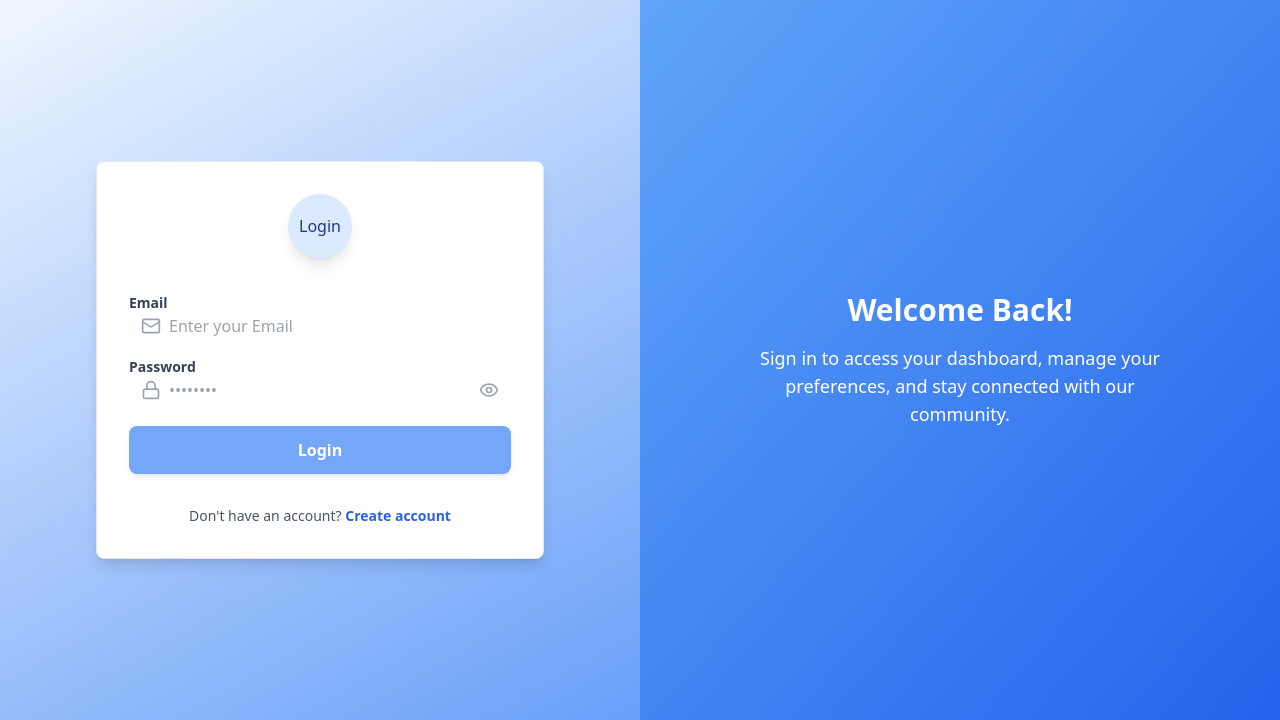
Repository: Subhashree-Nayak507/Test
Page: /login (app in client/)
The author's editor kept a copy of each file at every save. The page is drawn from the files as they stood at one save, then again after the next save.
The browser window is 1280 px wide. The pictures show the whole page.
The project was rebuilt for these pictures with package versions that can differ from the ones it lists, and the page was loaded fresh each time. Also part of the build but not shown: client/vite.config.js, client/src/pages/FormPage.jsx, client/src/pages/SignupPage.jsx.

Above is the page before, as saved 2025-01-06 13:06:45.

### client/src/main.jsx
import React from 'react'
import ReactDOM from 'react-dom/client'
import App from './App.jsx'
import './index.css'
import { Provider } from 'react-redux';
import { BrowserRouter } from 'react-router-dom'
import store from './store/store.js';

ReactDOM.createRoot(document.getElementById('root')).render(
    <Provider store={store}>
       <BrowserRouter>
          <App />
        </BrowserRouter>
    </Provider>

)

### client/src/App.jsx
import { Route, Routes } from 'react-router-dom';
import FormPage from './pages/FormPage';
import SignUpPage from './pages/SignupPage';
import LoginPage from './pages/LoginPage';

const App = () =>{
    return (
        < >
         <Routes >
           <Route path="/" element={<SignUpPage />} />
           <Route path="/login" element={<LoginPage />} />
            <Route path="/formPage" element={<FormPage />} />
         </Routes>
        </>

      )
}
export default App;

### client/src/store/store.js
import { configureStore } from '@reduxjs/toolkit';
import formReducer from './FormSlice/FormSlice';
import authReducer from './AuthSlice/AuthSlice';

const store = configureStore({
  reducer: {
    form: formReducer,
    auth :authReducer,
  },
});

export default store;

### client/src/pages/LoginPage.jsx
import { useState } from "react";
import { Link, useNavigate } from "react-router-dom";
import { Eye, EyeOff, Lock, Mail, MessageSquare } from "lucide-react";
import { useDispatch, useSelector } from "react-redux";
import { loginUser } from "../store/AuthSlice/AuthSlice.js";

const LoginPage = () => {
  const dispatch = useDispatch();
  const navigate = useNavigate();
  const { isLoading, error } = useSelector((state) => state.auth);
  const [showPassword, setShowPassword] = useState(false);
  const [formData, setFormData] = useState({
    Email: "",
    Password: "",
  });

  const handleInputChange = (e) => {
    setFormData({
      ...formData,
      [e.target.name]: e.target.value,
    });
  };

  const handleSubmit = async (e) => {
    e.preventDefault();
    try {
      const response = await dispatch(loginUser(formData)).unwrap();
      if (response.success) {
        alert("Login successfully");
        navigate("/dashboard");
      }
    } catch (err) {
      console.log('Authentication failed:', err);
    }
  };

  return (
    <div className="h-screen grid lg:grid-cols-2 bg-gradient-to-br from-blue-50 to-blue-500">
      {/* Left Side - Form */}
      <div className="flex flex-col justify-center items-center p-6 sm:p-12">
        <div className="w-full max-w-md space-y-8 bg-white p-8 shadow-lg rounded-lg border border-gray-200">
          {/* Logo */}
          <div className="text-center mb-8">
            <div className="flex flex-col items-center gap-2">
              <div className="w-16 h-16 rounded-full bg-blue-100 flex items-center justify-center shadow-lg">
                <h1 className="text-center text-blue-900"> Login</h1>
              </div>
            </div>
          </div>

          {/* Error message */}
          {error && (
            <div className="bg-red-100 border border-red-400 text-red-700 px-4 py-3 rounded relative mb-4">
              {error}
            </div>
          )}

          {/* Form */}
          <form onSubmit={handleSubmit}>
            {/* Email Input */}
            <div className="form-control mb-4">
              <label className="label text-sm font-semibold text-gray-700">Email</label>
              <div className="relative">
                <div className="absolute inset-y-0 left-0 pl-3 flex items-center pointer-events-none">
                  <Mail className="h-5 w-5 text-gray-400" />
                </div>
                <input
                  type="email"
                  name="Email"
                  className="input input-bordered w-full pl-10 focus:ring-2 focus:ring-blue-500 focus:outline-none"
                  placeholder="Enter your Email"
                  value={formData.Email}
                  onChange={handleInputChange}
                />
              </div>
            </div>

            {/* Password Input */}
            <div className="form-control mb-6">
              <label className="label text-sm font-semibold text-gray-700">Password</label>
              <div className="relative">
                <div className="absolute inset-y-0 left-0 pl-3 flex items-center pointer-events-none">
                  <Lock className="h-5 w-5 text-gray-400" />
                </div>
                <input
                  type={showPassword ? "text" : "password"}
                  name="Password"
                  className="input input-bordered w-full pl-10 focus:ring-2 focus:ring-blue-500 focus:outline-none"
                  placeholder="••••••••"
                  value={formData.Password}
                  onChange={handleInputChange}
                />
                <button
                  type="button"
                  className="absolute inset-y-0 right-0 pr-3 flex items-center"
                  onClick={() => setShowPassword(!showPassword)}
                >
                  {showPassword ? (
                    <EyeOff className="h-5 w-5 text-gray-400" />
                  ) : (
                    <Eye className="h-5 w-5 text-gray-400" />
                  )}
                </button>
              </div>
            </div>

            {/* Submit Button */}
            <button
              type="submit"
              disabled={isLoading}
              className="btn btn-primary w-full flex justify-center items-center py-3 rounded-lg font-semibold shadow-md text-white bg-blue-500 hover:bg-blue-600 focus:outline-none active:scale-95 disabled:opacity-70"
            >
              Login
            </button>
          </form>

          {/* Sign up link */}
          <div className="text-center mt-4">
            <p className="text-sm text-gray-600">
              Don't have an account?{" "}
              <Link to="/register" className="text-blue-600 font-semibold">
                Create account
              </Link>
            </p>
          </div>
        </div>
      </div>

      {/* Right Side - Decorative */}
      <div className="hidden lg:flex items-center justify-center bg-gradient-to-br from-blue-400 to-blue-600 text-white px-8 py-12">
        <div className="text-center max-w-md">
          <h2 className="text-3xl font-bold mb-4">Welcome Back!</h2>
          <p className="text-lg">
            Sign in to access your dashboard, manage your preferences, and stay connected with our community.
          </p>
        </div>
      </div>
    </div>
  );
};

export default LoginPage;

### client/src/store/FormSlice/FormSlice.js
import { createSlice, createAsyncThunk } from '@reduxjs/toolkit';
import axios from 'axios';

// Constants
const API_URL = 'http://localhost:5000/form';

// Initial state
const initialState = {
  formData: {
    name: '',
    email: '',
    file: null,
  },
  status: 'idle',
  error: null,
};

// Async thunk for form submission
export const submitForm = createAsyncThunk(
  'form/submitForm',
  async (formData, { rejectWithValue }) => {
    try {
      const data = new FormData();

      data.append('Name', formData.name);
      data.append('email', formData.email);
      data.append('File', formData.file);

      const response = await axios.post(API_URL, data, {
        headers: { 'Content-Type': 'multipart/form-data' },
      });
      return response.data;
    } catch (error) {
      return rejectWithValue(
        error.response?.data || 'Failed to submit form'
      );
    }
  }
);

const formSlice = createSlice({
  name: 'form',
  initialState,
  reducers: {
    updateForm: (state, action) => {
      state.formData = { ...state.formData, ...action.payload };
    },
    resetForm: (state) => {
      state.formData = initialState.formData;
      state.status = 'idle';
      state.error = null;
    },
  },
  extraReducers: (builder) => {
    builder
      .addCase(submitForm.pending, (state) => {
        state.status = 'loading';
        state.error = null;
      })
      .addCase(submitForm.fulfilled, (state) => {
        state.status = 'succeeded';
        state.formData = initialState.formData;
      })
      .addCase(submitForm.rejected, (state, action) => {
        state.status = 'failed';
        state.error = action.payload;
      });
  },
});

export const { updateForm, resetForm } = formSlice.actions;
export default formSlice.reducer;

### client/src/store/AuthSlice/AuthSlice.js
import { createSlice, createAsyncThunk } from "@reduxjs/toolkit";
import axios from "axios";

const initialState = {
  isAuthenticated: false,
  isLoading: true,
  user: null,
  error: null,
};

export const registerUser = createAsyncThunk(
  "/auth/register",
  async (formData, { rejectWithValue }) => {
    try {
      const response = await axios.post(
       " http://localhost:5000/api/auth/signup",
        formData,
        {
          withCredentials: true,
        }
      );
      return response.data;
    } catch (error) {
      return rejectWithValue(error.response.data);
    }
  }
);

export const loginUser = createAsyncThunk(
  "/auth/login",
  async (formData, { rejectWithValue }) => {
    try {
      const response = await axios.post(
        "http://localhost:5000/api/auth/login",
        formData,
        {
          withCredentials: true,
        }
      );
      return response.data;
    } catch (error) {
      return rejectWithValue(error.response.data);
    }
  }
);

export const logoutUser = createAsyncThunk(
  "/auth/logout",
  async () => {
    const response = await axios.post(
      "http://localhost:5000/api/auth/logout",
      {},
      {
        withCredentials: true,
      }
    );
    return response.data;
  }
);

export const checkAuth = createAsyncThunk(
  "/auth/checkauth",
  async (_, { rejectWithValue }) => {
    try {
      const response = await axios.get(
        "http://localhost:5000/api/auth/check-auth",
        {
          withCredentials: true,
          headers: {
            "Cache-Control":
              "no-store, no-cache, must-revalidate, proxy-revalidate",
          },
        }
      );
      return response.data;
    } catch (error) {
      return rejectWithValue(error.response.data);
    }
  }
);

const authSlice = createSlice({
  name: "auth",
  initialState,
  reducers: {
    setUser: (state, action) => {
      state.user = action.payload;
      state.isAuthenticated = true;
    },
  },
  extraReducers: (builder) => {
    builder
      .addCase(registerUser.pending, (state) => {
        state.isLoading = true;
        state.error = null;
      })
      .addCase(registerUser.fulfilled, (state) => {
        state.isLoading = false;
        state.user = null;
        state.isAuthenticated = false;
      })
      .addCase(registerUser.rejected, (state, action) => {
        state.isLoading = false;
        state.error = action.payload  || 'Registration fails';
        state.isAuthenticated = false;
      })

      // Login user
      .addCase(loginUser.pending, (state) => {
        state.isLoading = true;
        state.error = null;
      })
      .addCase(loginUser.fulfilled, (state, action) => {
        state.isLoading = false;
        state.user = action.payload.success ? action.payload.user : null;
        state.isAuthenticated = action.payload.success;
      })
      .addCase(loginUser.rejected, (state, action) => {
        state.isLoading = false;
        state.user = null;
        state.isAuthenticated = false;
        state.error = action.payload;
      })

      // Logout user
      .addCase(logoutUser.fulfilled, (state) => {
        state.isLoading = false;
        state.user = null;
        state.isAuthenticated = false;
      }).addCase(logoutUser.rejected, (state, action) => {
        state.isLoading = false;
        state.error = action.payload;
      })
      // Check authentication status
      .addCase(checkAuth.pending, (state) => {
        state.isLoading = true;
      })
      .addCase(checkAuth.fulfilled, (state, action) => {
        state.isLoading = false;
        state.user = action.payload.success ? action.payload.user : null;
        state.isAuthenticated = action.payload.success;
      })
      .addCase(checkAuth.rejected, (state) => {
        state.isLoading = false;
        state.user = null;
        state.isAuthenticated = false;
      });
  },
});

export const { setUser } = authSlice.actions;
export default authSlice.reducer;

Loaded but not shown: client/index.html (common file); client/src/index.css (common file); client/tailwind.config.js (common file)

After the next save:
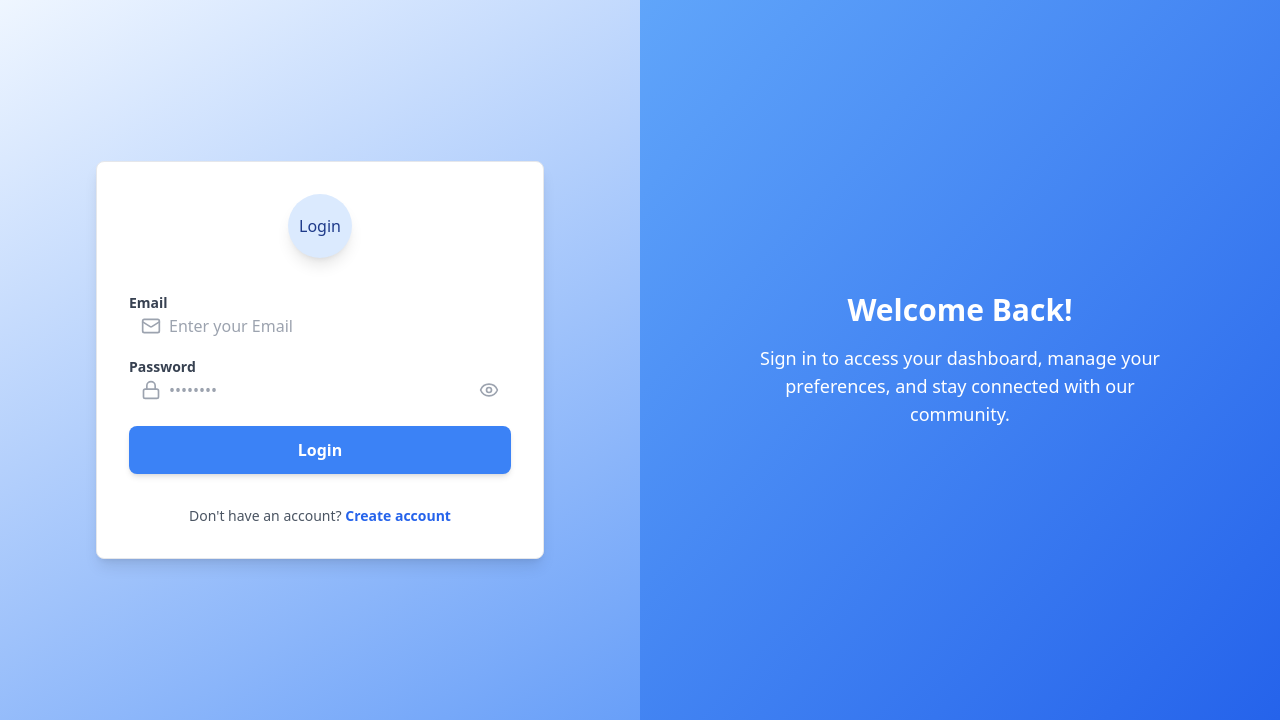
Saved 37 s later.
--- a/client/src/pages/LoginPage.jsx
+++ b/client/src/pages/LoginPage.jsx
@@ -107,7 +107,6 @@ const LoginPage = () => {
             {/* Submit Button */}
             <button
               type="submit"
-              disabled={isLoading}
               className="btn btn-primary w-full flex justify-center items-center py-3 rounded-lg font-semibold shadow-md text-white bg-blue-500 hover:bg-blue-600 focus:outline-none active:scale-95 disabled:opacity-70"
             >
               Login
